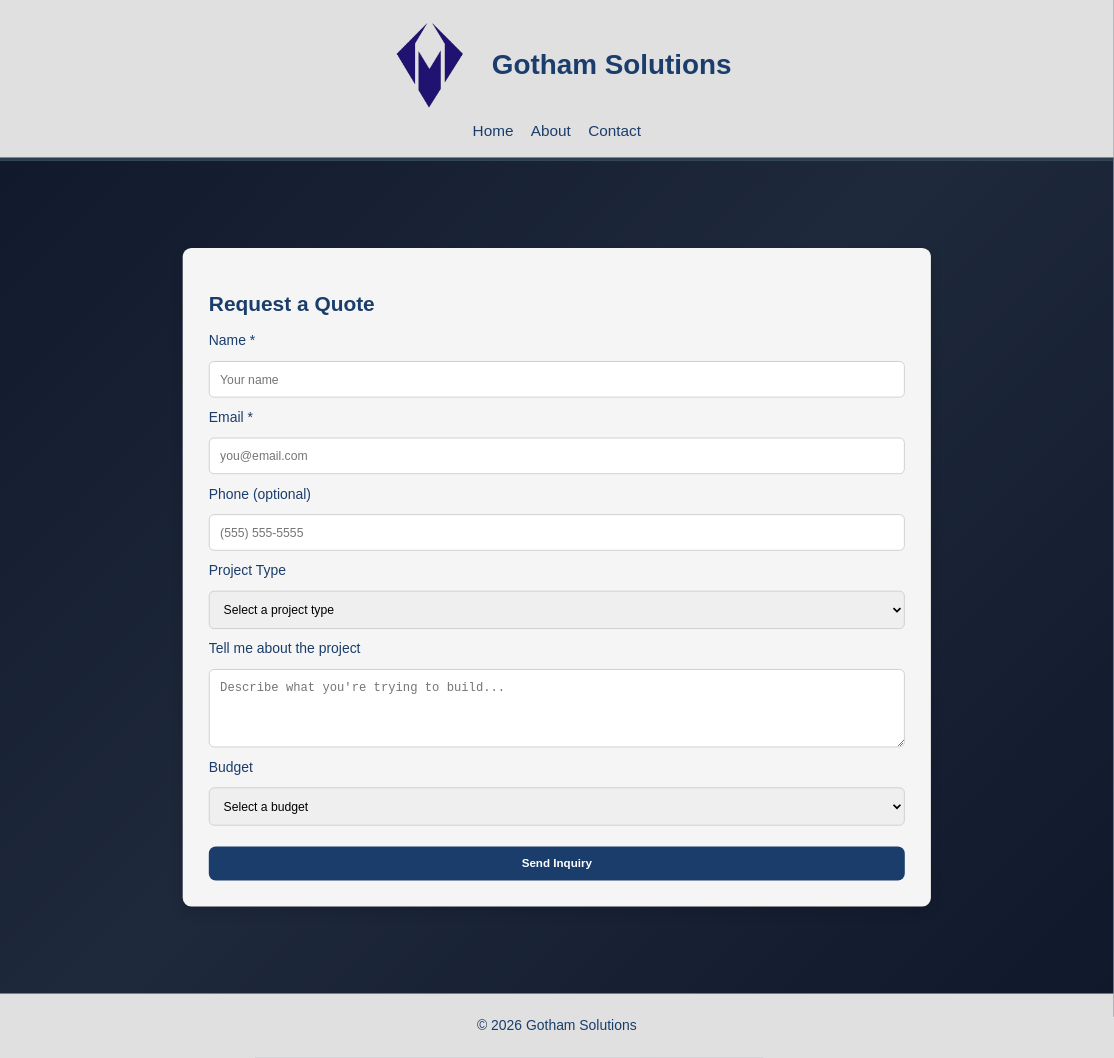
Repository: kmm569/gothamsolutions
Page: contact.html
An editor plug-in stored every save of this project. The page is shown before and after the next save, followed by the edit.
The browser window is 1280 px wide. The pictures show the whole page, at 87% of full size.

Above is the page before, as saved 2026-03-08 03:02:34.

After the next save:
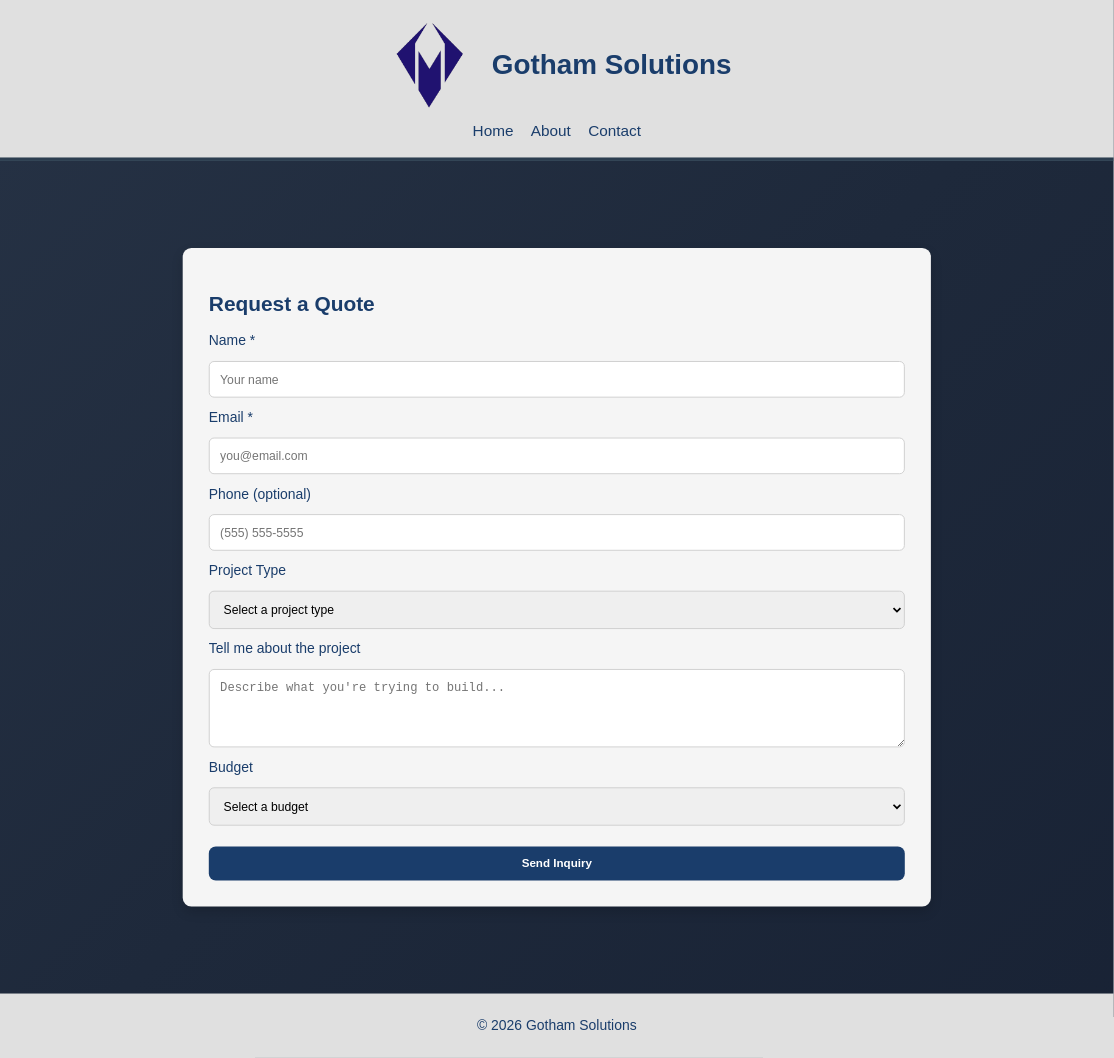
Saved 19 s later.
--- a/styles.css
+++ b/styles.css
@@ -347,11 +347,27 @@ footer{
 
 body{
 	background: linear-gradient(
-		135deg,
+		-45deg,
 		#0f172a,
 		#1e293b,
+		#334155,
 		#0f172a
 	);
 
+	background-size: 400% 400%;
+	animation: gradientShift 15s ease infinite;
+
 	min-height:100vh;
 }
+
+@keyframes gradientShift{
+	0%{
+		background-position:0% 50%;
+	}
+	50%{
+		background-position:100% 50%;
+	}
+	100%{
+		background-position:0% 50%;
+	}
+}
